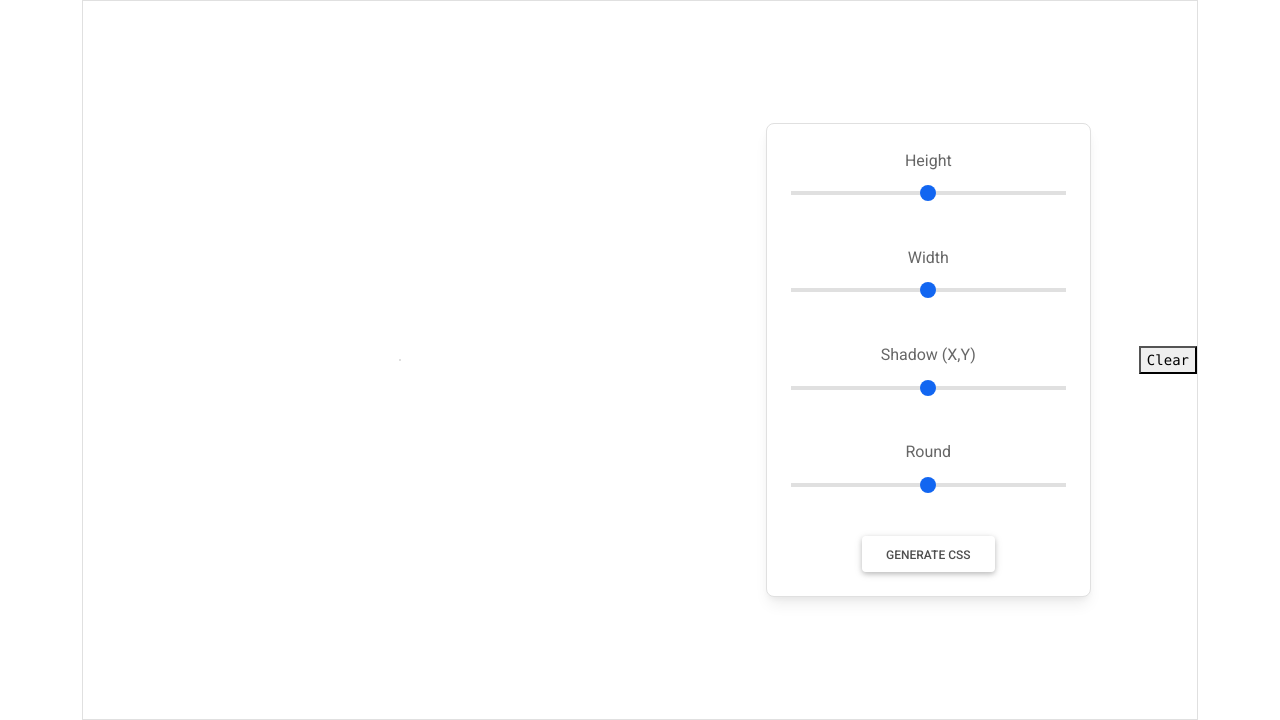
Repository: USaditya98/card-generator
Page: index.html
An editor plug-in stored every save of this project. The page is shown before and after the next save, followed by the edit.
The browser window is 1280 px wide. The pictures show the whole page.

Above is the page before, as saved 2021-10-20 13:20:15.

### index.html
<!DOCTYPE html>
<html lang="en">
  <head>
    <meta charset="UTF-8" />
    <meta name="viewport" content="width=device-width, initial-scale=1, shrink-to-fit=no" />
    <meta http-equiv="x-ua-compatible" content="ie=edge" />
    <title>Material Design for Bootstrap</title>
    <!-- MDB icon -->
    <link rel="icon" href="img/mdb-favicon.ico" type="image/x-icon" />
    <!-- Font Awesome -->
    <link rel="stylesheet" href="https://use.fontawesome.com/releases/v5.15.2/css/all.css" />
    <!-- Google Fonts Roboto -->
    <link
      rel="stylesheet"
      href="https://fonts.googleapis.com/css2?family=Roboto:wght@300;400;500;700;900&display=swap"
    />
    <!-- MDB -->
    <link rel="stylesheet" href="css/mdb.min.css" />
  </head>
  <body>
    <!-- Start your project here-->
    <div class="container">
      <div class="sm:flex-column d-flex justify-content-between align-items-center text-center border" style="height: 100vh;">
            <div class="d-flex justify-content-center align-items-center w-100 h-50" >
                <div class="text-center border " id="create">
                </div>
            </div>
            <div class="sm-w-100 border w-50 p-2 mx-5 card">
              <div class="m-3">
                  <label class="form-label" for="height">Height</label>
                  <div class="range">
                  <input type="range" class="form-range" id="height" min="0" max="500" step="10" onchange="changeHeight(this.value)"/>
                  </div>
              </div>
              <div class="m-3">
                  <label class="form-label" for="width">Width</label>
                  <div class="range">
                  <input type="range" class="form-range" id="width" min="0" max="500" step="10" onchange="changeWidth(this.value)" />
                  </div>
              </div>
              <div class="m-3">
                  <label class="form-label" for="shadow">Shadow (X,Y)</label>
                  <div class="range">
                  <input type="range" class="form-range" id="shadow" min="0" max="25" step="0.5" onchange="changeShadowXY(this.value)"/>
                  </div>
              </div>
              <div class="m-3">
                  <label class="form-label" for="radius">Round</label>
                  <div class="range">
                  <input type="range" class="form-range" id="radius" onchange="changeRadius(this.value)"/>
                  </div>
              </div>
              <div class="m-3">
                  <button class="btn" id="cssBtn">Generate CSS</button>
              </div>
            </div>
            <code id="generatedCss" >
              <button>Clear</button>
            </code>
      </div>

    </div>
    <!-- End your project here-->

    <!-- MDB -->
    <script type="text/javascript" src="js/mdb.min.js"></script>
    <!-- Custom scripts -->
    <script type="text/javascript">
        function changeHeight(val) {
            document.getElementById('create').style.height = val + 'px';
        }
        function changeWidth(val) {
            document.getElementById('create').style.width = val + 'px';
        }
        function changeShadowXY(val) {
         // const shadowXY = document.getElementById('shadowBlur').value;
          //localStorage.shadowxy = val;
         // localStorage.shadowblur = shadowXY;
          //localStorage.setItem('shadowxy', val);
         // localStorage.setItem('shadowblur', shadowXY);
          document.getElementById('create').style.boxShadow = val + 'px' + ' ' + val + 'px' + ' ' + '16px' + ' ' +'0px' + ' ' +'lightgray';
        }

        function changeRadius(val) {
            document.getElementById('create').style.borderRadius  = val + '%' ;
        }
        const cssBtn = document.getElementById('cssBtn');
        cssBtn.addEventListener('click',generateCss);
        function generateCss(){

          var height = document.getElementById('height').value;
          var width = document.getElementById('width').value;
          var boxShadow = document.getElementById('shadow').value;
          var boxShadowColor = 'lightgray';
          var borderRadius = document.getElementById('radius').value;


          localStorage.setItem('height', height);
          localStorage.setItem('width', width);
          localStorage.setItem('boxShadow', boxShadow);
          localStorage.setItem('boxShadowColor', boxShadowColor);
          localStorage.setItem('borderRadius', borderRadius);


          var arr = ['height', 'width', 'box-shadow', 'border-radius'];
          var arrValue = [height+'px;', width+'px;', boxShadow+'px'+' '+boxShadow+'px'+' '+boxShadow+'px'+' '+boxShadowColor+';', borderRadius+'%;'];
          var cont = document.getElementById('generatedCss');
          // create ul element and set the attributes.
          var ul = document.createElement('ul');
          ul.setAttribute('style', 'padding: 0; margin: 0;');

          for (i = 0; i <= arr.length - 1; i++) {
              var li = document.createElement('li');     // create li element.
              li.innerHTML = arr[i] + ':' + arrValue[i] ;      // assigning text to li using array value.
              li.setAttribute('style', 'display: block;');    // remove the bullets.
              li.setAttribute('class', 'font-monospace');    // remove the bullets.

              ul.appendChild(li);     // append li to ul.
          }

          cont.appendChild(ul);
        }
    </script>
  </body>
</html>

Loaded but not shown: css/mdb.min.css (library); js/mdb.min.js (library)

After the next save:
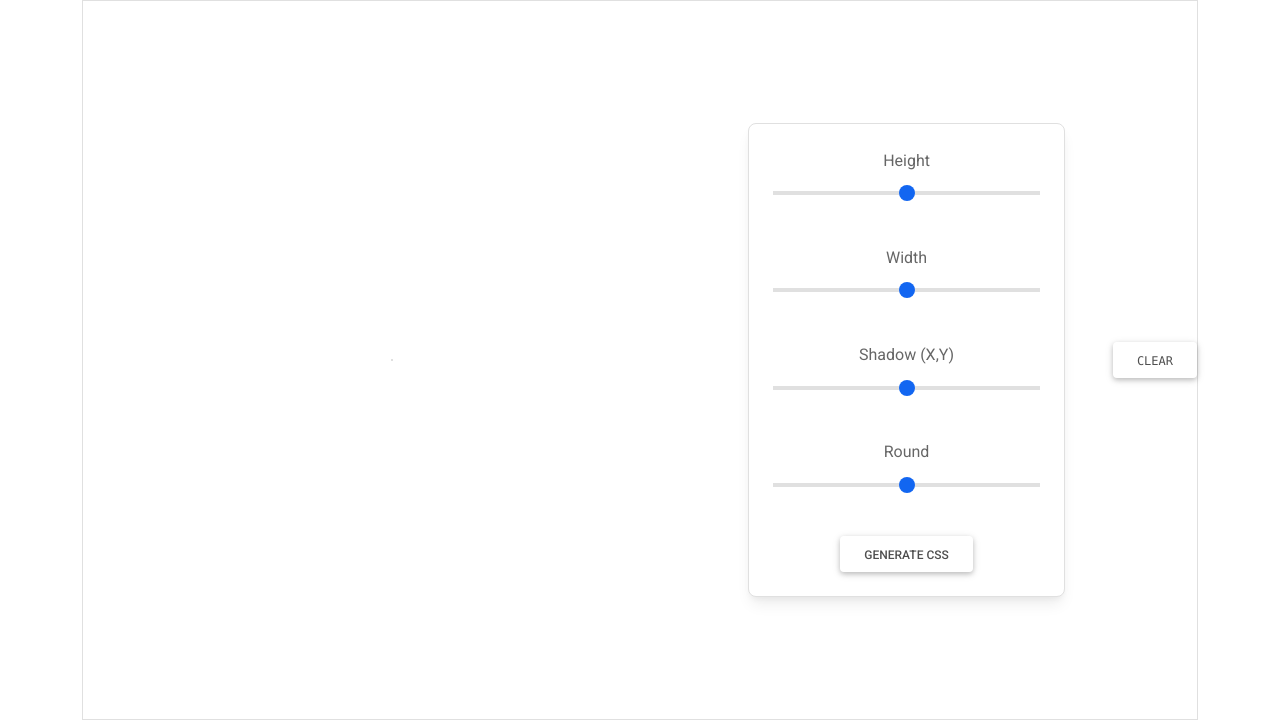
Saved 4 s later.
--- a/index.html
+++ b/index.html
@@ -55,7 +55,7 @@
               </div>
             </div>
             <code id="generatedCss" >
-              <button>Clear</button>
+              <button class="btn">Clear</button>
             </code>
       </div>
 
